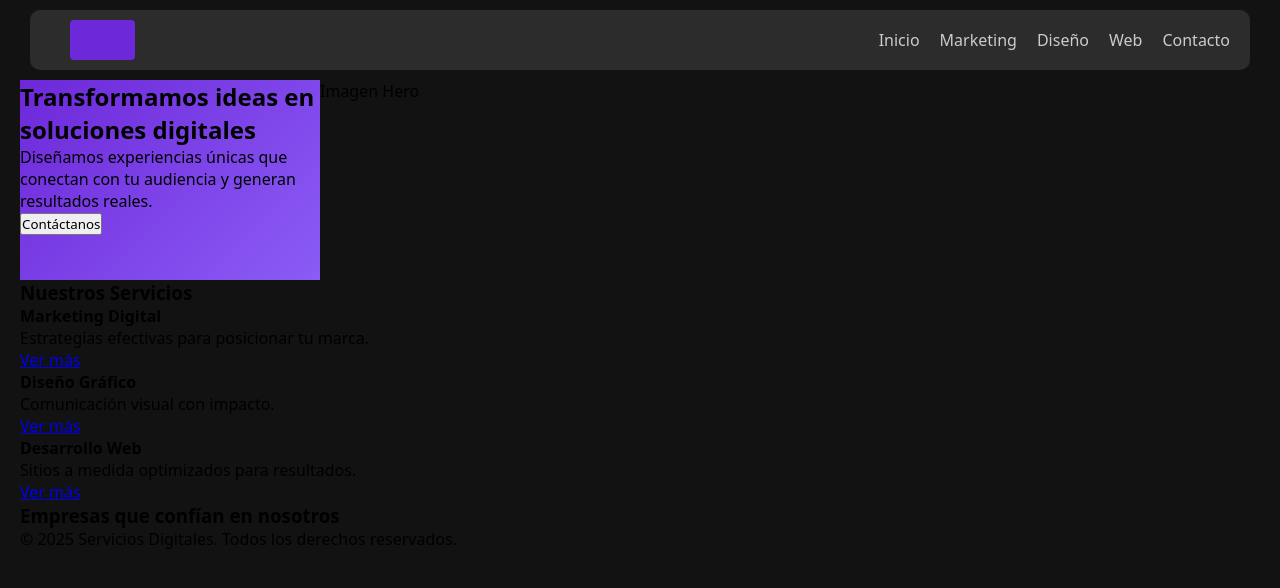
Repository: santinogarrone/TrabajoAgustin
Page: html/index.html
The author's editor kept a copy of each file at every save. The page is drawn from the files as they stood at one save, then again after the next save.
The browser window is 1280 px wide. The pictures show the whole page.

Above is the page before, as saved 2025-05-02 12:01:52.

### html/index.html
<!DOCTYPE html>
<html lang="en">
<head>
    <meta charset="UTF-8">
    <meta name="viewport" content="width=device-width, initial-scale=1.0">
    <link rel="stylesheet" href="../css/style.css">
    <title>Página de Agustin</title>
</head>
<body>

    <header>
        <nav class="nav-bar">
            <div class="cuadrado-violeta">

            </div>


            <ul class="nav-list">
                <li class="nav-item"><a href="">Inicio</a></li>
                <li class="nav-item"><a href="">Marketing</a></li>
                <li class="nav-item"><a href="">Diseño</a></li>
                <li class="nav-item"><a href="">Web</a></li>
                <li class="nav-item"><a href="">Contacto</a></li>
            </ul>

            <button class="menu-icon" aria-label="menu">
                <span class="menu-line"></span>
                <span class="menu-line"></span>
                <span class="menu-line"></span>
            </button>
        </nav>
    </header>
        <main>

            <section class="main-contact">
                <div class="contacto">
                    <h2 class="tit-contacto">Transformamos ideas en soluciones digitales</h2>
                    <p class="explicacion">Diseñamos experiencias únicas que conectan con tu audiencia y generan resultados reales.</p>

                    <button class="boton-contactar" onclick="location.href='../html/contacto.html'">
                        Contáctanos
                    </button>
                </div>

                <div class="img-hero">
                    Imagen Hero
                </div>
            </section>

            <section class="servicios">
                <h3>Nuestros Servicios</h3>

                <div class="card">
                    <h4>Marketing Digital</h4>
                    <p>Estrategias efectivas para posicionar tu marca.</p>
                    <a href="../html/marketing.html">Ver más</a>
                </div>

                <div class="card">
                    <h4>Diseño Gráfico</h4>
                    <p>Comunicación visual con impacto.</p>
                    <a href="#">Ver más</a>
                </div>

                <div class="card">
                    <h4>Desarrollo Web</h4>
                    <p>Sitios a medida optimizados para resultados.</p>
                    <a href="#">Ver más</a>
                </div>

            </section>

            <section class="empresas">
                <h3>Empresas que confían en nosotros</h3>
                <article class="logos">
                    <div class="logo"></div>
                    <div class="logo"></div>
                    <div class="logo"></div>
                    <div class="logo"></div>
                </article>

            </section>

        </main>

    <footer>
        <div class="ftr">
            <p>&copy; 2025 Servicios Digitales. Todos los derechos reservados.</p>
        </div>
    </footer>
</body>
</html>

### css/style.css
@import url(./global.css);

*{
    margin: 0;
    padding: 0;
    box-sizing: border-box;
    font-family: var(--font-family);
}


body{
    background-color: var(--fondo-color);
    height: 100%;
    margin: 0 20px;
}

header{
    padding: 10px;
}
.cuadrado-violeta{
    display: block;
    width: 65px;
    height: 40px;
    background-color: var(--primary-color-original);
    border-radius: 4px;
    margin-left: 20px;
}


.nav-bar {
    display: flex;
    align-items: center;
    justify-content: space-between;
    background-color: #2c2c2c;
    padding: 10px 20px;
    border-radius: 10px;
    position: relative;
  }

  .menu-icon {
    display: none;
  }

  .menu-line {
    height: 4px;
    background-color: white;
    border-radius: 2px;
    width: 100%;
  }

  .nav-list {
    display: flex;
    gap: 20px;
    list-style: none;
    margin: 0;
    padding: 0;
  }

  .nav-item a {
    color: #ccc;
    text-decoration: none;
  }

  .main-contact{
    display: flex;
  }
  .main-contact .contacto{
    background: var(--primary-color-gradient);
    width: 300px;
    height: 200px
  }

@media (375px >= width) {

    .hero-img{
        display: none;
    }
    .hero-texto p{
        display: none;
    }
    body{
        background-color: var(--fondo-color);
        height: 100%;
    }

    header{
        background-color: var(--superficie-dos);
        position: sticky;
        top: 0;
        margin: 0;
        border-radius: 0;
    }

    main{
        margin: 0px;
    }
    .explicacion{
        display: none;
    }

    .nav-list{
        display: none;
    }

    .img-hero{
        display: none;
    }
    .cuadrado-violeta{
        display: block;
        width: 65px;
        height: 40px;
        background-color: var(--primary-color-original);
        border-radius: 4px;
        margin-left: 20px;
    }

    .menu-icon{
        width: 30px;
        height: 30px;
        background: transparent;
        display: flex;
        flex-direction: column;
        gap: 4px;
        height: fit-content;
        border: none;
    }

    .menu-line{
        width: 100%;
        height: 4px;
        background-color: var(--texto-color);
        border: none;
        border-radius: 4px;

    }

    .nav-bar{
        display: flex;
        justify-content: space-between;
        align-items: center;
        padding: 5px 16px;
    }


    .main-contact{
        display: flex;
        padding: 24px;
        justify-content: center;
        align-items: center;
    }

    .contacto{
        display: block;
        padding: 34px;
        background: var(--primary-color-gradient);
        border-radius: 10px;
        color: var(--texto-color);
        height: auto;
        font-size: 12px;
    }

    .contacto .tit-contacto{
        text-align: center;
        align-items: center;
        font-weight: bold;
        margin-top: 30px;
    }

    .boton-contactar{
        display: block;
        margin: 0 auto;
        margin-bottom: 20px;
        margin-top: 12px;
        padding: 5px 20px;
        color: var(--primary-claro);
        background-color: var(--fondo-color);
        border-radius: 6px;
        cursor: pointer;
    }

    .servicios{
        display: flex;
        flex-direction: column;
        margin: 0 20px;
    }

    .servicios h3{
        color: var(--texto-color);
    }

    .card{
        margin-top: 5px;
        align-items: center;
        justify-content: center;
        background-color: var(--superficie-dos);
        border-radius: 8px;
        padding: 12px;
        margin-bottom: 15px;
    }

    .card h4{
        color: var(--texto-color);
    }

    .card p{
        color: var(--texto-secundario);
        padding-bottom: 20px;
    }

    .card a{
        display: inline-block;
        margin-bottom: 20px;
        color: var(--texto-color);
        cursor: pointer;
    }

    .empresas{
        display: flex;
        flex-direction: column;
        align-items: flex-start;
        margin-left: 20px;
    }

    .empresas h3{
        color: var(--texto-color);
        margin-bottom: 1rem;
    }

    .logos{
        margin-top: 5px;
        width: 335px;
        display: flex;
        justify-content: center;
        align-items : center;
        gap: 5px;
        background-color: var(--superficie-dos);
        border-radius: 8px;
        padding: 20px;
        margin-bottom: 10px;
    }

    .logo{
        width: 60px;
        height: 30px;
        background-color: #444444;
        border-radius: 5px;
    }

    .ftr{
        background-color: var(--superficie-dos);
        border-radius: 8px;
        text-align: center;
        margin: 15px 10px;
        padding: 16px;
        color: var(--texto-secundario);
    }
}

### css/global.css
:root{
    --primary-color-gradient : linear-gradient(135deg, #6D28D9, #8B5CF6);
    --primary-color-original : #6D28D9;
    --primary-claro : #8b5cf6;
    --secundary-color : #10b981;
    --acento-color : #f5930b;
    --fondo-color : #121212;
    --superficie-color : #1e1e1e;
    --superficie-dos : #2d2d2d;
    --texto-secundario : #A0A0A0;

    --texto-color : #fff;
    --font-family : 'system-ui'
}

After the next save:
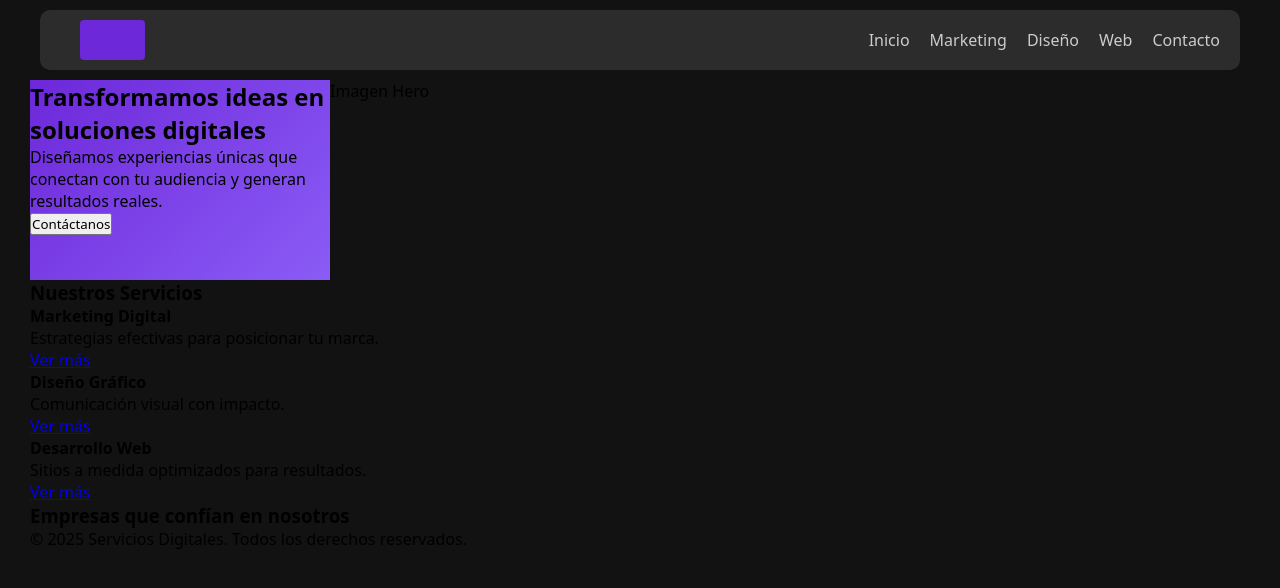
Saved 5 s later.
--- a/css/style.css
+++ b/css/style.css
@@ -11,7 +11,7 @@
 body{
     background-color: var(--fondo-color);
     height: 100%;
-    margin: 0 20px;
+    margin: 0 30px;
 }
 
 header{
